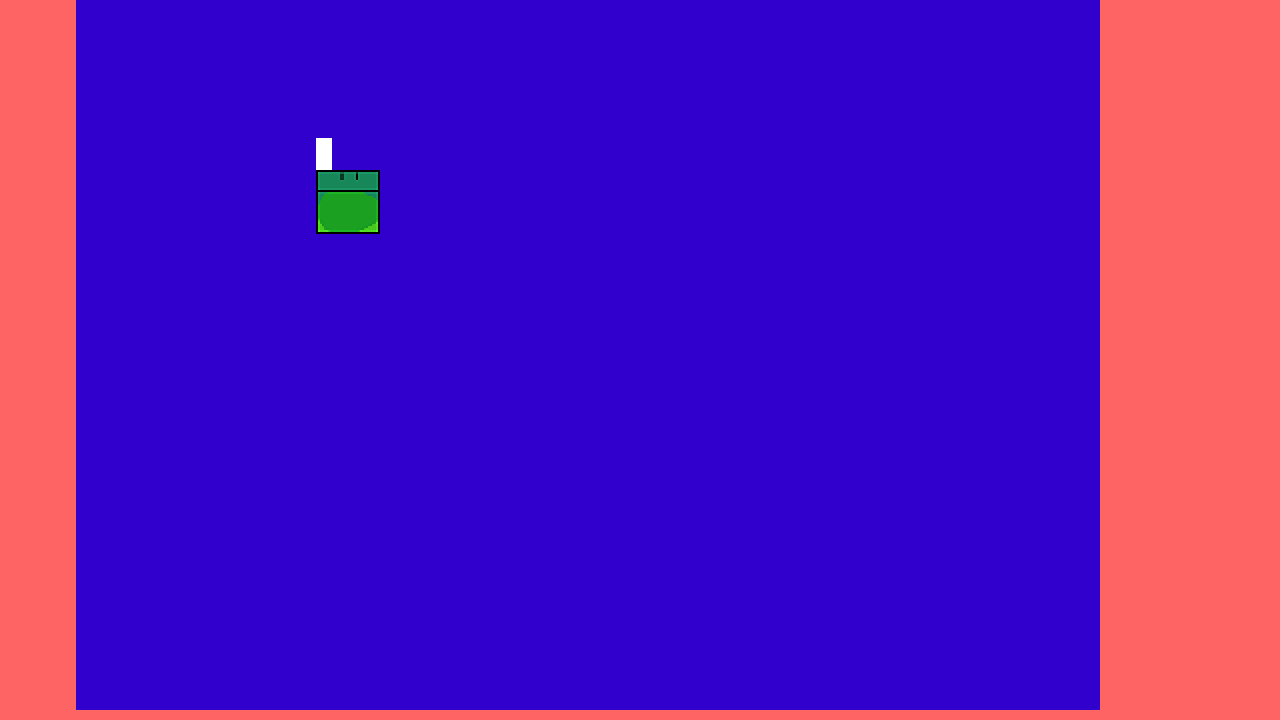
Repository: Nilabh-Bhowal/Dungeon-Game
Script's output: python main.py
An editor plug-in stored every save of this project. The script's output is shown before and after the next save, followed by the edit.
The window is shown after at most 60 frames with no key pressed. Random numbers start from a fixed seed. It also reads assets/images/entity/player.png.

Above is the script's output before, as saved 2023-06-27 12:53:04.
Error: AttributeError: 'Corridor' object has no attribute 'collide'

After the next save:
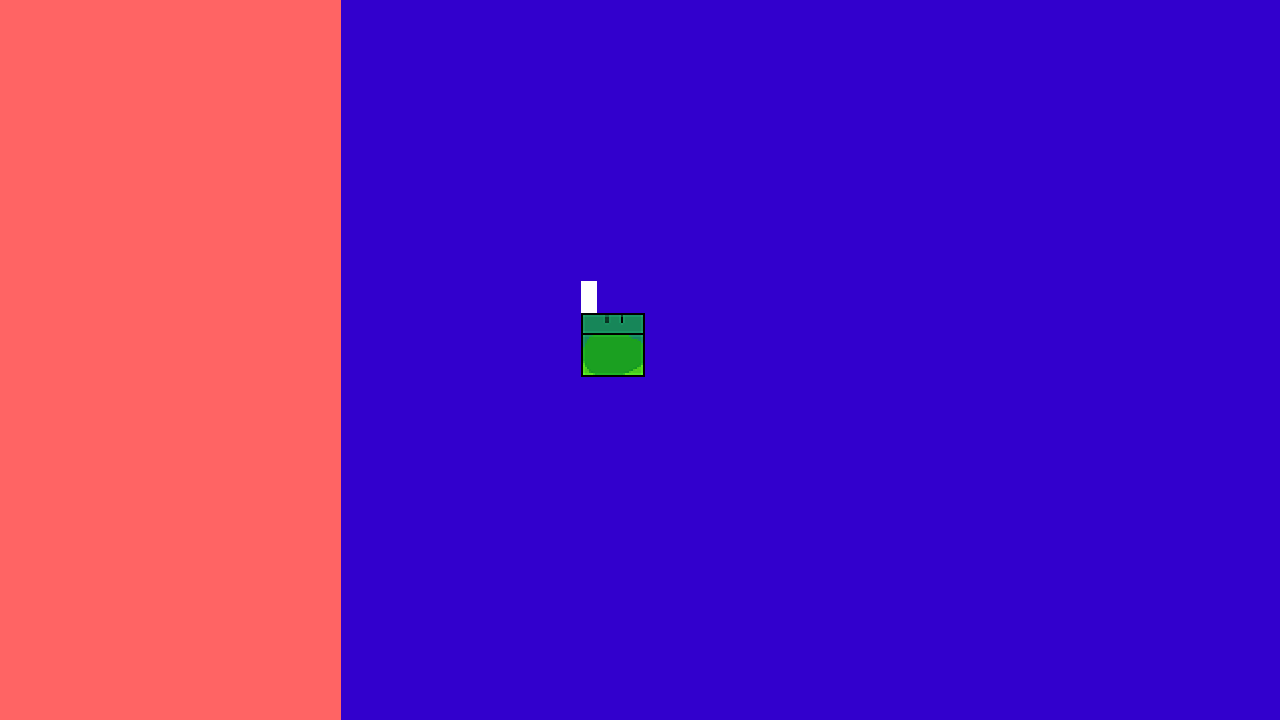
The error is gone.
Saved 62 s later.
--- a/main.py
+++ b/main.py
@@ -174,8 +174,8 @@ while running:
 
     # draws to the screen
     screen.fill((255, 100, 100))
-    for dungeon in dungeons:
-        dungeon.draw(screen, scroll)
+    for room in dungeons:
+        room.draw(screen, scroll)
     for chest in chests:
         chest.draw(screen, scroll)
     player.draw(screen, scroll)
